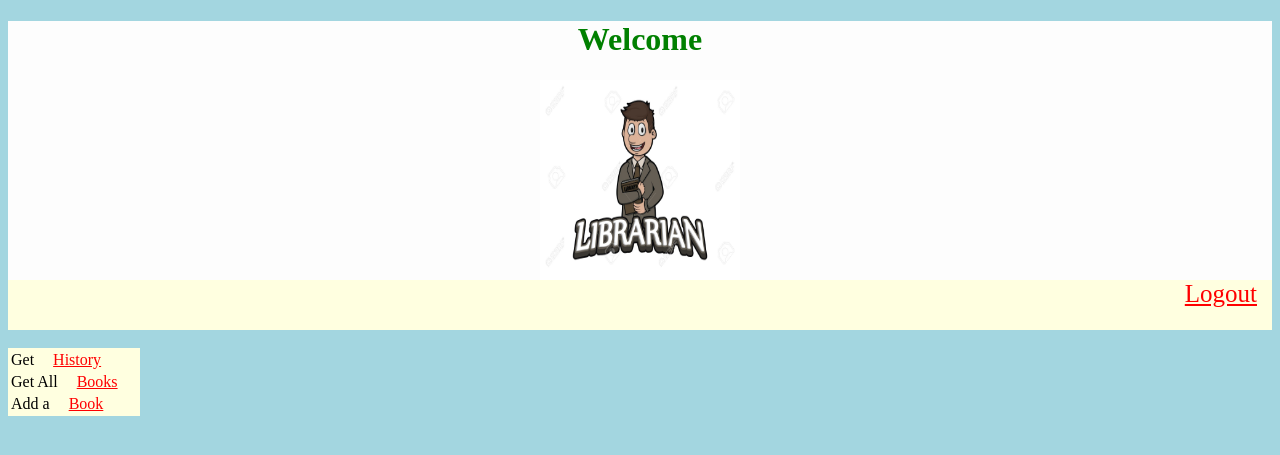
Repository: prashantvadlamani/Library-Management-System
Page: http://localhost/project/librarian.jsp
These files come from the project's save history. The page is drawn as it stood at one moment and after the next save; the edit follows.
The browser window is 1280 px wide. The pictures show the whole page.
The page is served by Tomcat 9. Other server files are loaded and not shown.

Above is the page before, as saved 2018-08-23 06:05:25.

### project/WebContent/librarian.jsp
<%@ page language="java" contentType="text/html; charset=ISO-8859-1"
    pageEncoding="ISO-8859-1"%>
<%@page import="java.util.*"%>
<%@page import="model.*"%>
<!DOCTYPE html PUBLIC "-//W3C//DTD HTML 4.01 Transitional//EN" "http://www.w3.org/TR/html4/loose.dtd">
<html>
<head>
<meta http-equiv="Content-Type" content="text/html; charset=ISO-8859-1">
<title>Librarian</title>
<style>
	h1{
		text-align:center;
		color: green;
	}

	a{
		color: red;
		padding: 15px;
	}
	body{
		background-color: #a3d6e0;
	}
	img{
		width:200px;
		height: 200px;
	}
	.center {
    display: block;
    margin-left: auto;
    margin-right: auto;
	}
	table{
		background-color: lightyellow;
	}
</style>
</head>
<body>
	<header style="background-color:#fdfdfd;">
	   <h1>Welcome</h1>
	   <span><img src="images/librarianlogo.jpg" class="center"></img></span>
  </header>
	<div style="text-align:right;background-color: lightyellow;height: 50px;font-size: 25px;"><a href="logout" >Logout</a></div>
	<br>
	<table>
		<tr>
			<td>Get <a href="libhistory">History</a></td>
		</tr>
		<tr>
			<td>Get All <a href="librarianServlet">Books</a></td>
		</tr>
		<tr>
			<td>Add a <a href="add">Book</a><td>
	</tr>
	</table>

</body>
</html>

After the next save:
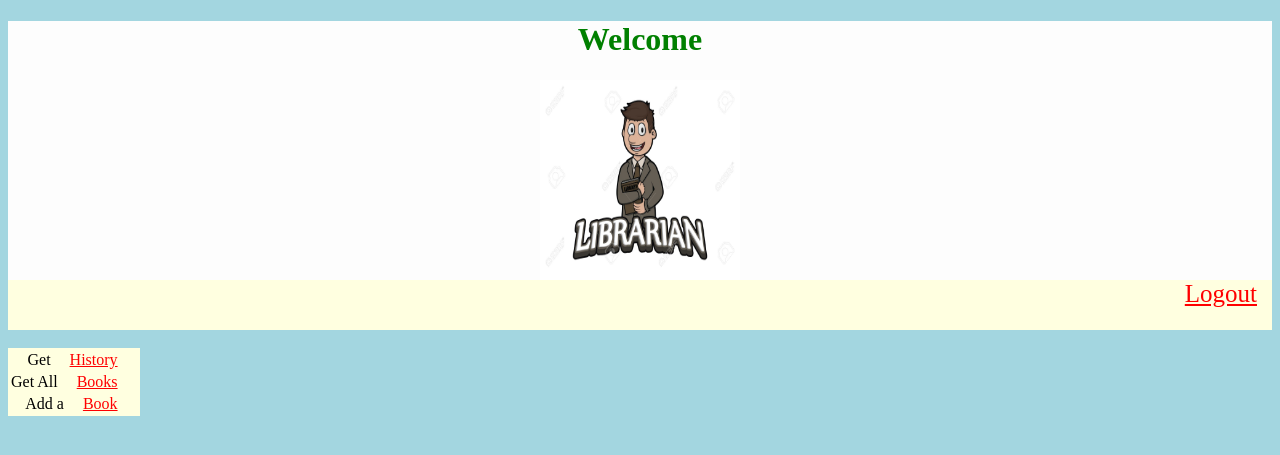
Saved 34 s later.
--- a/project/WebContent/librarian.jsp
+++ b/project/WebContent/librarian.jsp
@@ -31,6 +31,7 @@
 	}
 	table{
 		background-color: lightyellow;
+		text-align: right;
 	}
 </style>
 </head>
